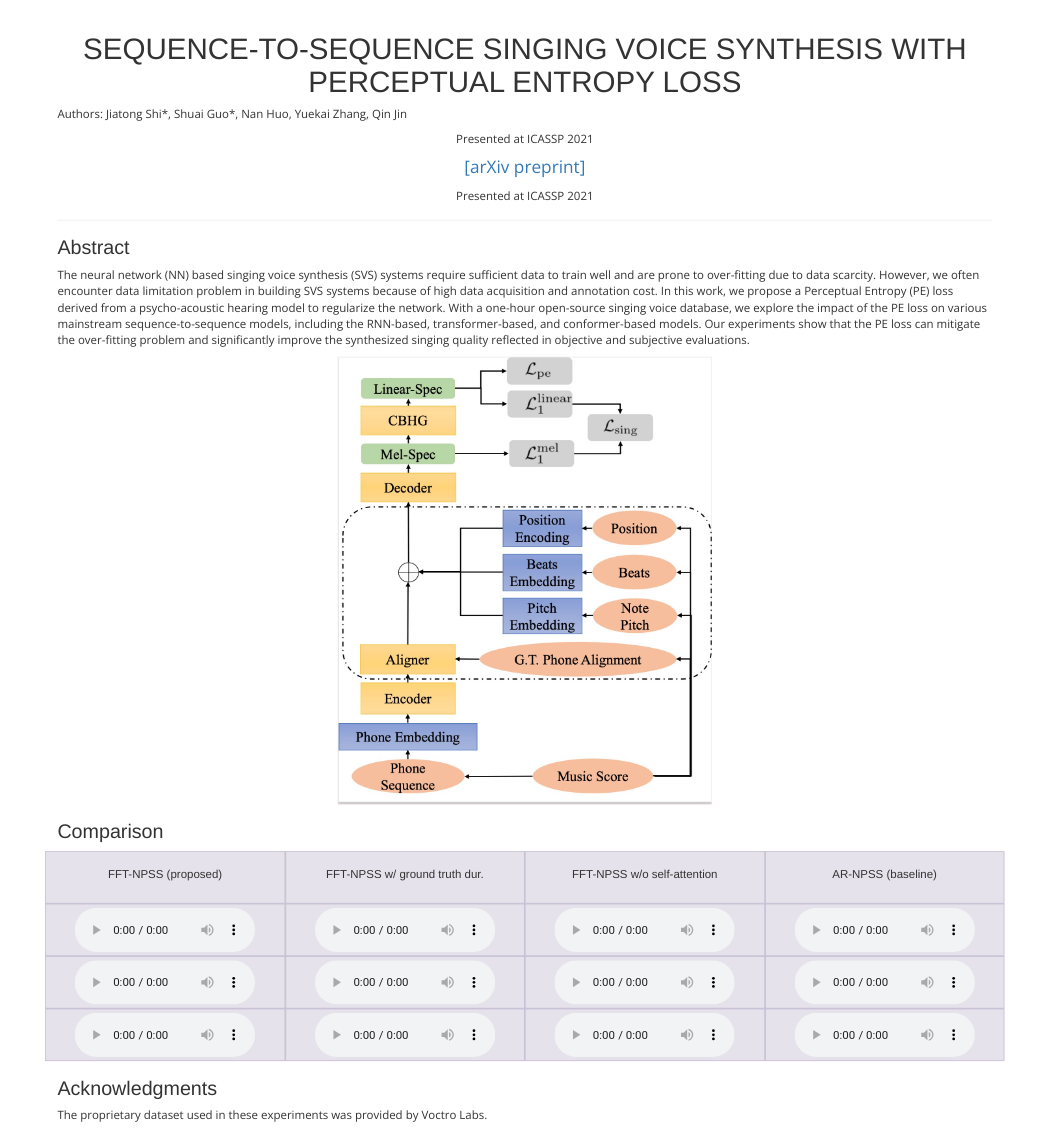
Repository: PeterGuoRuc/SVS_pe.github.io
Page: index.html
An editor plug-in stored every save of this project. The page is shown before and after the next save, followed by the edit.
The browser window is 1280 px wide. The pictures show the whole page, at 82% of full size.

Above is the page before, as saved 2021-06-06 16:53:58.

After the next save:
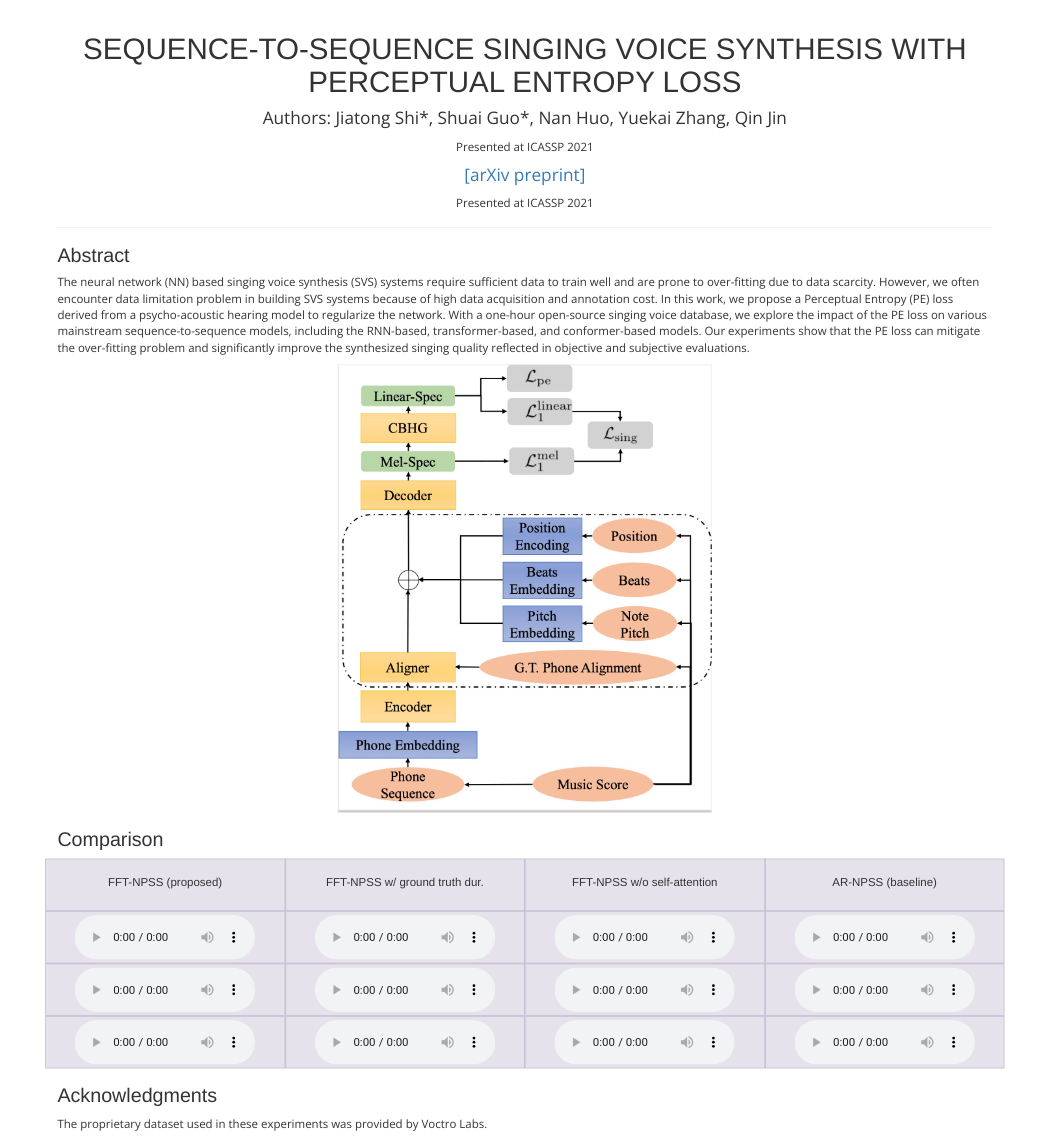
Saved 15 s later.
--- a/index.html
+++ b/index.html
@@ -42,7 +42,7 @@
         <h1>
           SEQUENCE-TO-SEQUENCE SINGING VOICE SYNTHESIS WITH PERCEPTUAL ENTROPY LOSS
         </h1>
-        <p>
+        <p class="lead">
           Authors: Jiatong Shi*, Shuai Guo*, Nan Huo, Yuekai Zhang, Qin Jin
         </p>
         <p class="centered">Presented at ICASSP 2021</p>
